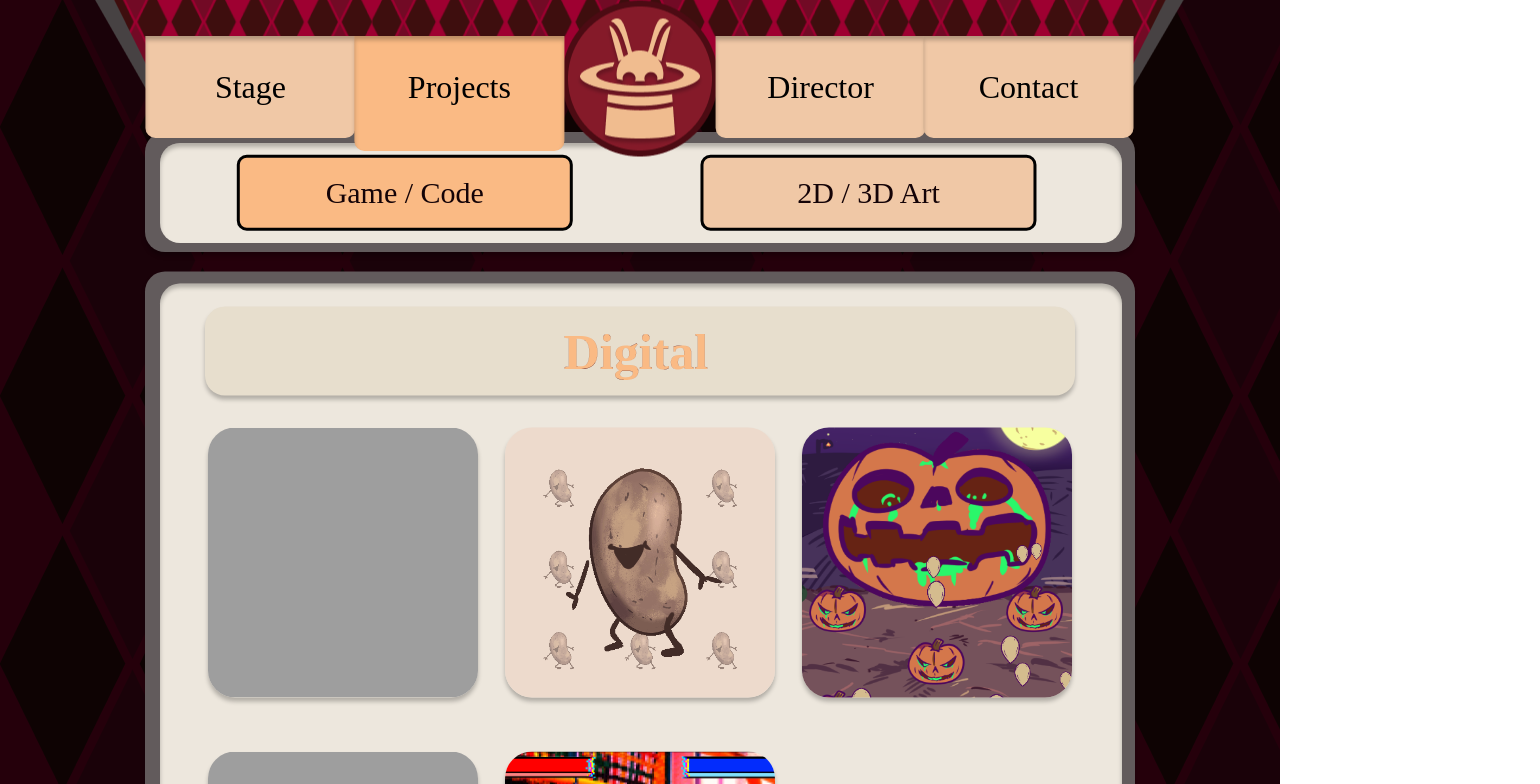
Repository: EMP-ChristinaC/Portfolio
Page: main-project-page/projects.html
An editor plug-in stored every save of this project. The page is shown before and after the next save, followed by the edit.
The browser window is 1280 px wide. The page is 1280 px wide, then 1540 px, so the pictures cover 1540 px, including what lies to the right of the window. The pictures show the part of the page from y = 0 to 784 px (the page is 2161 px tall).
Pictures or frames that could not be fetched are drawn as grey boxes. Some web fonts or font styles are not loaded; a fallback is used.

Above is the page before, as saved 2024-12-18 16:52:31.

After the next save:
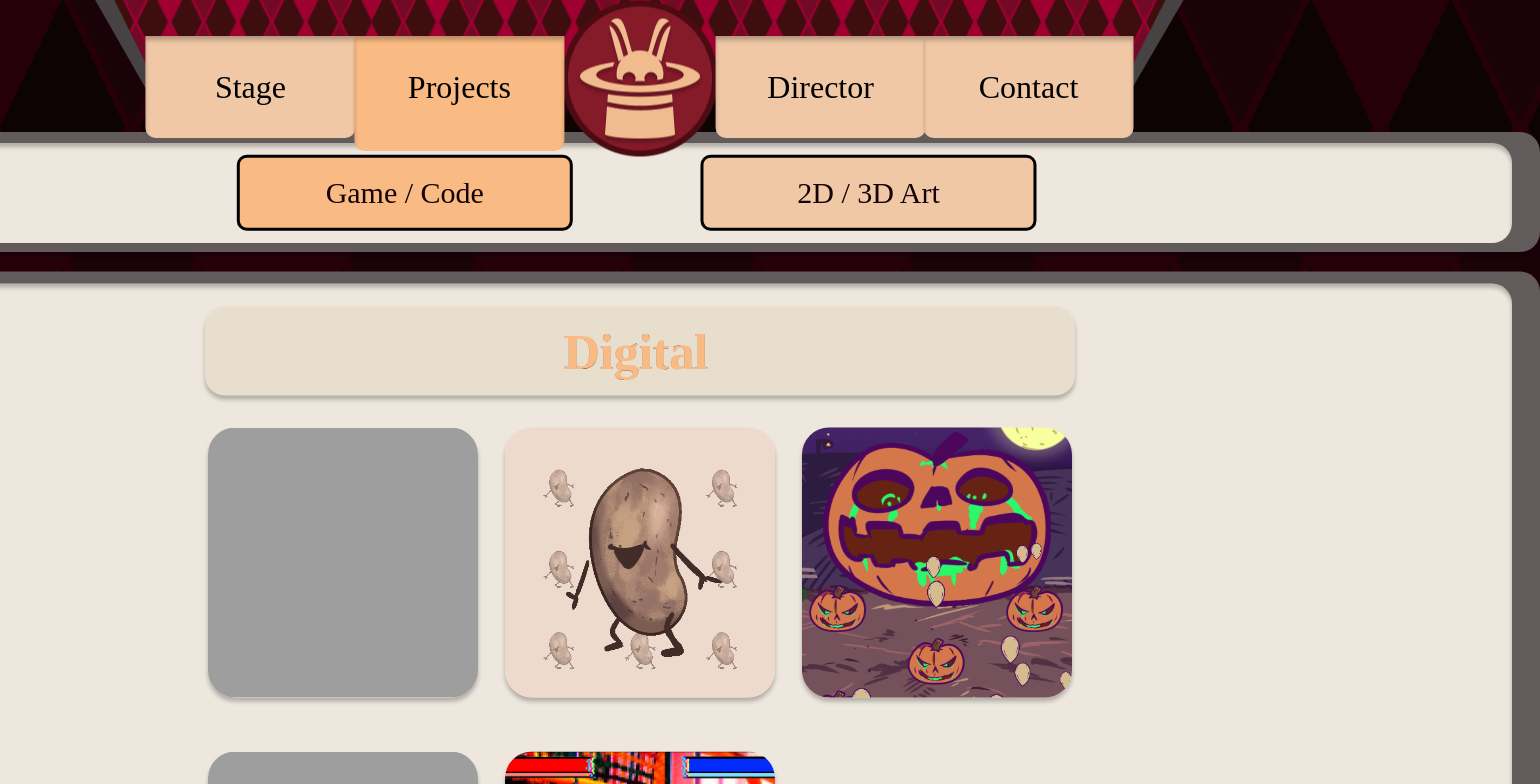
Saved 4 s later.
--- a/main-project-page/projects-style.css
+++ b/main-project-page/projects-style.css
@@ -2,7 +2,7 @@
 /*///////////////////////////////// Box Outline ////////////////////////////*/
 .box-outline-outside-projects,
 .box-outline-outside-projects-two {
-    width: 990px;
+    width: 1800px;
     height: 804px;
     background: rgba(98, 91, 92);
     box-shadow: 0px 4px 4px rgba(0, 0, 0, 0.25);
@@ -24,7 +24,7 @@
 }
 
 .box-outline-outside-projects-sub-nav {
-    width: 990px;
+    width: 1800px;
     height: 120px;
     background: rgba(98, 91, 92);
     box-shadow: 0px 4px 4px rgba(0, 0, 0, 0.25);
@@ -40,7 +40,7 @@
 
 
 .box-outline-inside-projects {
-    width: 962px;
+    width: 1745px;
     height: 780px;
     background: #EDE7DD;
     box-shadow: 0px 4px 4px rgba(0, 0, 0, 0.25) inset;
@@ -52,7 +52,7 @@
 }
 
 .box-outline-inside-projects-two {
-    width: 962px;
+    width: 1745px;
     height: 780px;
     background: #EDE7DD;
     box-shadow: 0px 4px 4px rgba(0, 0, 0, 0.25) inset;
@@ -64,7 +64,7 @@
 }
 
 .box-outline-inside-projects-sub-nav {
-    width: 962px;
+    width: 1745px;
     height: 100px;
     background: #EDE7DD;
     box-shadow: 0px 4px 4px rgba(0, 0, 0, 0.25) inset;
